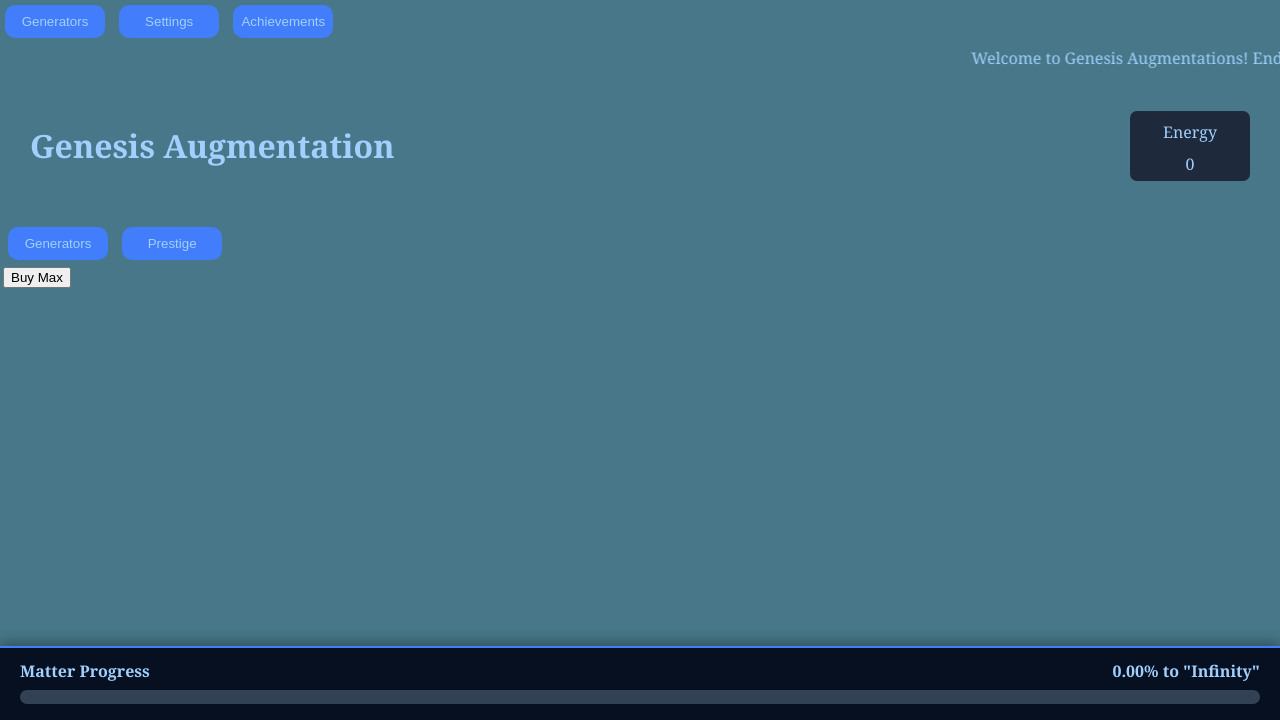
Repository: Kuyaaaaaaaaa/kuyaaaaaaaaa.github.io
Page: index.html
These files come from the project's save history. The page is drawn as it stood at one moment and after the next save; the edit follows.
The browser window is 1280 px wide. The pictures show the whole page.

Above is the page before, as saved 2026-07-18 15:40:02.
Console error: ReferenceError: MixedScientificNotation is not defined

After the next save:
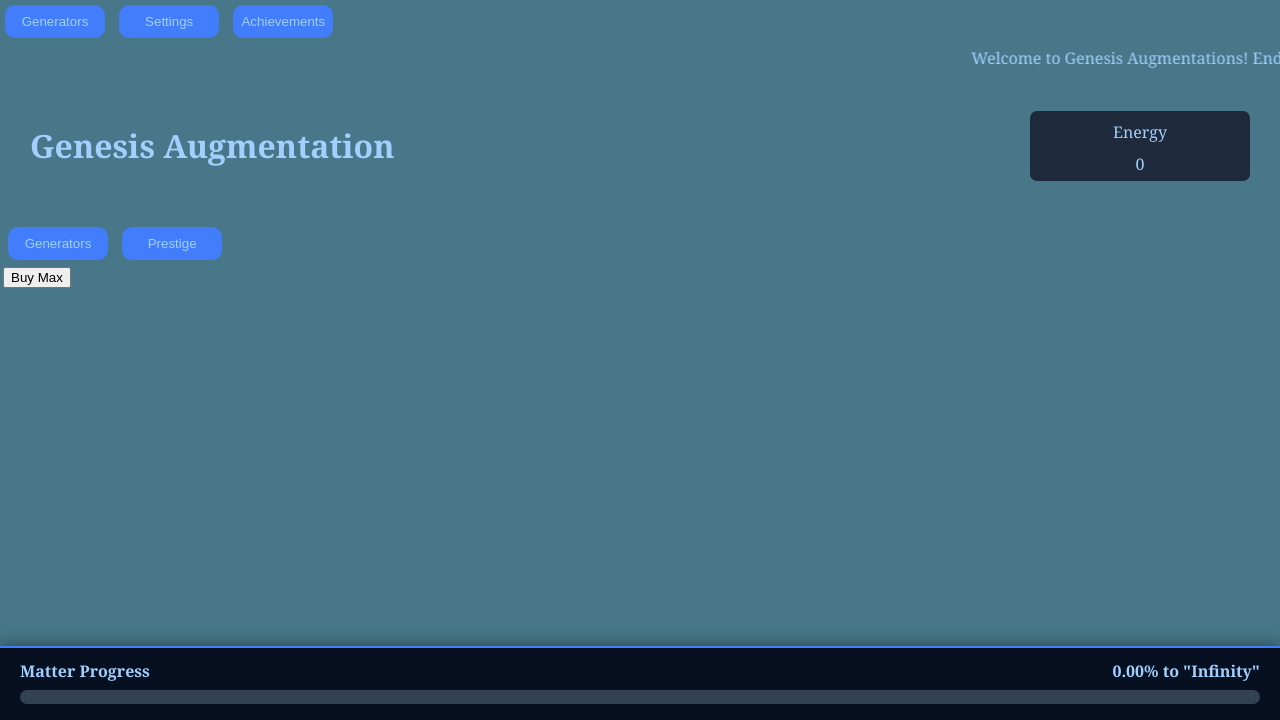
Saved 24 s later.
--- a/style.css
+++ b/style.css
@@ -77,7 +77,7 @@ body {
     flex-direction: column;
     gap: 10px;
     align-items: center;
-    width: 100px;
+    width: 200px;
     height: 50px;
     background: #1e293b;
     border-radius: 7px;
@@ -240,7 +240,7 @@ body {
     border-radius: 10px;
 }
 
-#compressEnergyButton {
+.prestigeButtons {
     margin: 5px;
     width: 300px;
     height: 50px;
@@ -251,3 +251,36 @@ body {
     padding: 8px;
     cursor: pointer;
 }
+
+.alpha {
+    font-family: 'Syncopate', Georgia, Times New Roman, Times, serif;
+    container-type: inline-size;
+    display: grid;
+    grid-template-columns: 1fr;
+    align-items: center;
+    justify-items: center;
+    margin: 10px 30px;
+    padding: 12px;
+    background: #9bc2ff;
+    border-radius: 10px;
+}
+
+#alphaDisplay {
+    background: linear-gradient(to top, rgb(66, 192, 255), rgb(206, 221, 255));
+    -webkit-background-clip: text;
+    -webkit-text-stroke: 1.5px rgb(55, 106, 233);
+    background-clip: text;
+    color: transparent;
+}
+
+.alphaDisplayContainer {
+    background-image: url("assets/images/coolBackgroundIReallyLike.webp");
+    background-position: center;
+    display: flex;
+    flex-direction: column;
+    gap: 10px;
+    align-items: center;
+    border-radius: 7px;
+    padding: 10px;
+    width: calc(100cqw - 25px);
+}
